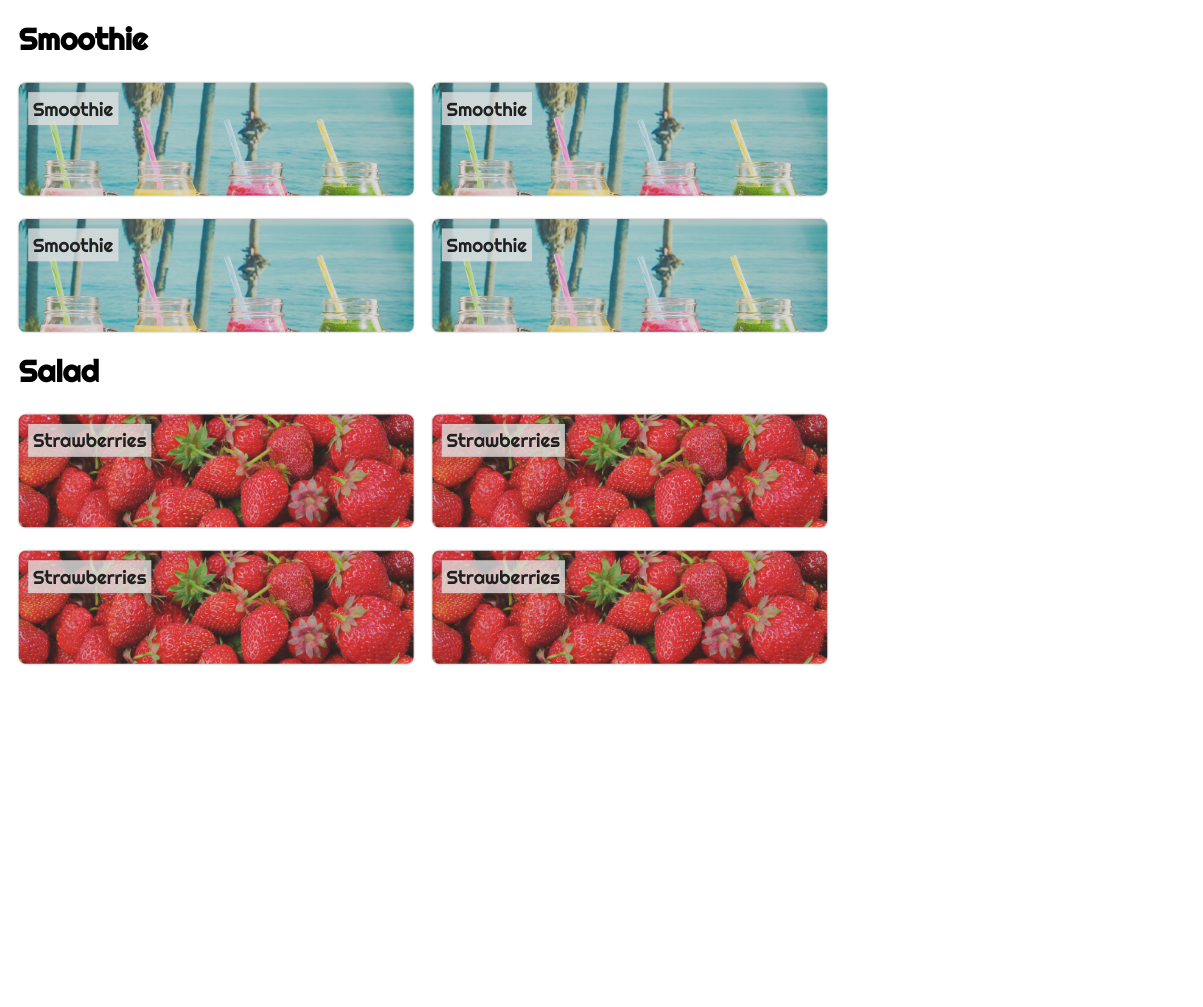
Repository: c0debase/LivingFoods
Page: /
These files come from the project's save history. The page is drawn as it stood at one moment and after the next save; the edit follows.
The browser window is 1280 px wide. The pictures show the part of the page from y = 200 to 1271 px (the page is 1271 px tall), at 94% of full size.
The project was rebuilt for these pictures with package versions that can differ from the ones it lists, and the page was loaded fresh each time. Also part of the build but not shown: src/FoodDialog/FoodDialog.js.

Above is the page before, as saved 2021-09-19 17:38:14.

### public/index.html
<!DOCTYPE html>
<html lang="en">
  <head>
    <meta charset="utf-8" />
    <link rel="icon" href="%PUBLIC_URL%/favicon.ico" />
    <meta name="viewport" content="width=device-width, initial-scale=1" />
    <meta name="theme-color" content="#000000" />
    <meta
      name="description"
      content="Web site created using create-react-app"
    />
    <link rel="apple-touch-icon" href="%PUBLIC_URL%/logo192.png" />

    <link rel="preconnect" href="https://fonts.googleapis.com">
    <link rel="preconnect" href="https://fonts.gstatic.com" crossorigin>
    <link href="https://fonts.googleapis.com/css2?family=Open+Sans|Righteous" rel="stylesheet">

    <!--
      manifest.json provides metadata used when your web app is installed on a
      user's mobile device or desktop. See https://developers.google.com/web/fundamentals/web-app-manifest/
    -->
    <link rel="manifest" href="%PUBLIC_URL%/manifest.json" />
    <!--
      Notice the use of %PUBLIC_URL% in the tags above.
      It will be replaced with the URL of the `public` folder during the build.
      Only files inside the `public` folder can be referenced from the HTML.

      Unlike "/favicon.ico" or "favicon.ico", "%PUBLIC_URL%/favicon.ico" will
      work correctly both with client-side routing and a non-root public URL.
      Learn how to configure a non-root public URL by running `npm run build`.
    -->
    <title>React App</title>
  </head>
  <body>
    <noscript>You need to enable JavaScript to run this app.</noscript>
    <div id="root"></div>
    <!--
      This HTML file is a template.
      If you open it directly in the browser, you will see an empty page.

      You can add webfonts, meta tags, or analytics to this file.
      The build step will place the bundled scripts into the <body> tag.

      To begin the development, run `npm start` or `yarn start`.
      To create a production bundle, use `npm run build` or `yarn build`.
    -->
  </body>
</html>

### src/App.js
import React, {useState} from 'react';
import { createGlobalStyle } from 'styled-components';
import { Navbar } from "./Navbar/Navbar";
import {Banner} from './Banner/Banner';
import {Menu} from './Menu/Menu';
import {GlobalStyle} from './Styles/GlobalStyle'
import {FoodDialog} from './FoodDialog/FoodDialog';
import {Order} from './Order/Order';


function App() {

  const [openFood, setOpenFood] = useState();

  return (
    <>
      <GlobalStyle />
      <FoodDialog openFood={openFood} setOpenFood={setOpenFood}/>
      <Navbar />
      <Order />
      <Banner />
      <Menu setOpenFood={setOpenFood} />
    </>
  );
}

export default App;

### src/Navbar/Navbar.js
import React from 'react';
import styled from 'styled-components';
import {pizzaRed} from '../Styles/colors';
import {Title} from '../Styles/title';


export const NavbarStyled = styled.div`
  background-color: ${pizzaRed};
  padding: 10px;
  position: fixed;
  width: 100%;
  z-index: 999;
`

const Logo = styled(Title)`
  font-size: 20px;
  color: white;
  text-shadow: 1px 1px 4px #380502;
`;

export function Navbar(){
  return (
  <NavbarStyled>
    <Logo>Juggly Juice <span role="img" aria-label="smoothie">🥤</span></Logo>
  </NavbarStyled>
  )
}

### src/Banner/Banner.js
import styled from 'styled-components';

export const Banner = styled.div`
  height: 200px;
  background-image: url("img/bowl-hand.jpg");
  background-position: center;
  background-size: cover;
  filter: contrast(75%);
`;

### src/Menu/Menu.js
import React from 'react';
import styled from 'styled-components';
import {foods} from '../Data/FoodData';
import {Food, FoodGrid, FoodLabel} from '../Menu/FoodGrid'

const MenuStyled = styled.div`
  height: 1000px;
  margin: 0px 400px 50px 20px;
`;

export function Menu({setOpenFood}) {
  return (
  <MenuStyled>
    {Object.entries(foods).map(([sectionName, foods]) => (
      <>
        <h1>{sectionName}</h1>
        <FoodGrid>
          {foods.map(food => (
            <Food
              img={food.img}
              onClick={() => {
                setOpenFood(food)
            }}
            >
              <FoodLabel>{food.name}</FoodLabel>
            </Food>
          ))}
        </FoodGrid>
      </>
    ))}
  </MenuStyled>
  );
}

### src/Styles/GlobalStyle.js
import { createGlobalStyle} from 'styled-components';

export const GlobalStyle = createGlobalStyle`
  body {
    font-family: 'Open Sans', sans-serif;
    margin: 0;
  }

  h1, h2, h3 {
    font-family: 'Righteous', cursive;
  }
`

### src/Order/Order.js
import styled from 'styled-components';
import React from 'react';

const OrderStyled = styled.div`

  position: fixed;
  right: 0px;
  top: 50px;
  width: 340px;
  background-color: white;
`;

export function Order() {
  return <OrderStyled></OrderStyled>
}

### src/Styles/colors.js
export const pizzaRed = "#f44336";

### src/Styles/title.js
import styled from 'styled-components';

export const Title = styled.div`
  font-family: 'Righteous', cursive;
`;

### src/Data/FoodData.js
export const foodItems = [
  {
    name: 'Smoothie',
    img: '/img/smoothies.jpg',
    section: 'Smoothie'
  },
  {
    name: 'Strawberries',
    img: '/img/strawberries.jpg',
    section: 'Salad'
  },
  {
    name: 'Smoothie',
    img: '/img/smoothies.jpg',
    section: 'Smoothie'
  },
  {
    name: 'Strawberries',
    img: '/img/strawberries.jpg',
    section: 'Salad'
  },
  {
    name: 'Smoothie',
    img: '/img/smoothies.jpg',
    section: 'Smoothie'
  },
  {
    name: 'Strawberries',
    img: '/img/strawberries.jpg',
    section: 'Salad'
  },
  {
    name: 'Smoothie',
    img: '/img/smoothies.jpg',
    section: 'Smoothie'
  },
  {
    name: 'Strawberries',
    img: '/img/strawberries.jpg',
    section: 'Salad'
  },

];

export const foods = foodItems.reduce((res, food) => {
  if (!res[food.section]){
    res[food.section] = [];
  }
  res[food.section].push(food);
  return res;
}, {})

### src/Menu/FoodGrid.js
import styled from 'styled-components';
import {Title} from '../Styles/title';

export const FoodGrid = styled.div`
  display: grid;
  grid-template-columns: 1fr 1fr;
  gap: 20px;
`;

export const FoodLabel = styled(Title)`
  position: absolute;
  background-color: rgba(256,256,256, .8);
  padding: 5px;
`;

export const Food = styled.div`
  height: 100px;
  padding: 10px;
  font-size: 20px;
  background-image: ${({img}) => `url(${img});`};
  background-position: center;
  background-size: cover;
  filter: contrast(75%);
  border-radius: 7px;
  margin-top: 5px;
  transition-property: box-shadow margin-top filter;
  transition-duration: .1s;
  box-shadow: 0px 0px 2px 0px grey;
  &:hover {
    cursor: pointer;
    filter: contrast(100%);
    margin-top: 0px;
    margin-bottom: 5px;
    box-shadow: 0px 0px 10px 0px grey;
  }
`;

Loaded but not shown: src/index.js (common file); src/reportWebVitals.js (common file)

After the next save:
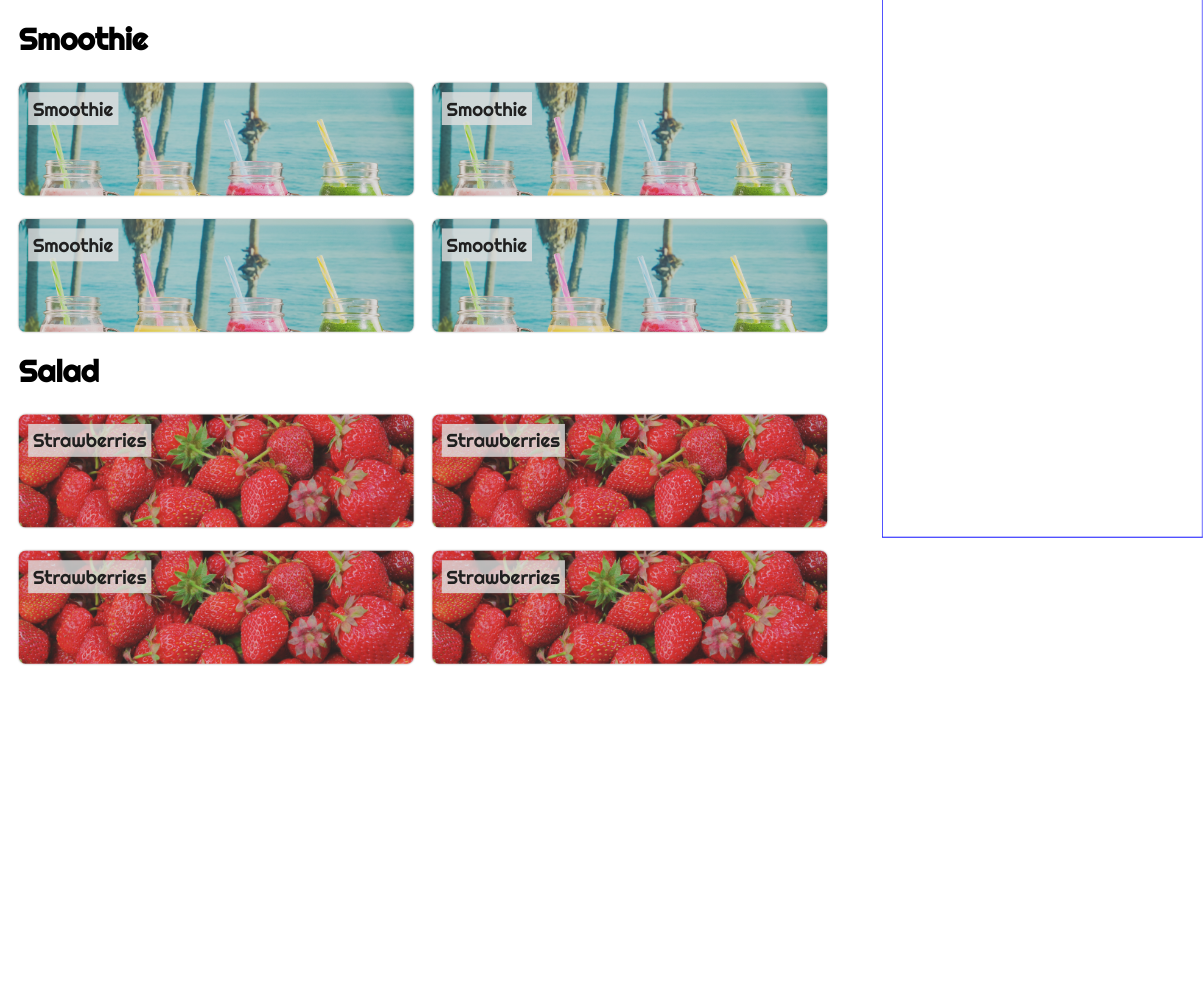
Saved 32 s later.
--- a/src/Order/Order.js
+++ b/src/Order/Order.js
@@ -8,6 +8,8 @@ const OrderStyled = styled.div`
   top: 50px;
   width: 340px;
   background-color: white;
+  height: 100%;
+  border: 1px solid blue;
 `;
 
 export function Order() {
